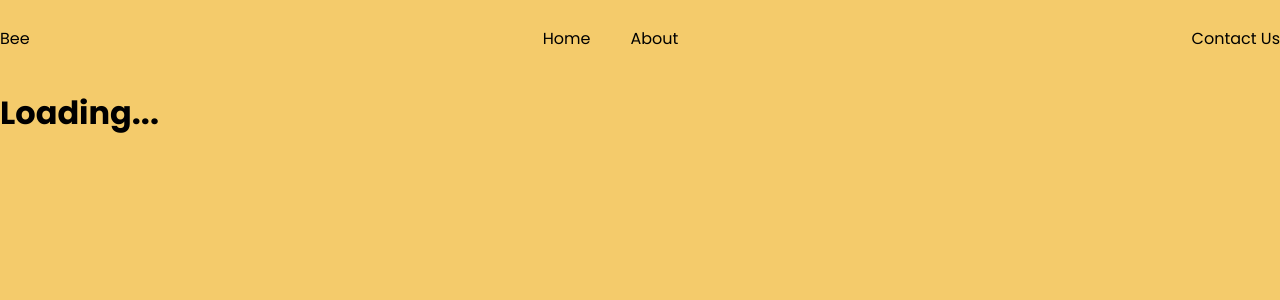
Repository: ble-syn/Random-user-generator-app
Page: /
An editor plug-in stored every save of this project. The page is shown before and after the next save, followed by the edit.
The browser window is 1280 px wide. The pictures show the whole page.
The page's requests for data from a server got no answer. The project was rebuilt for these pictures with package versions that can differ from the ones it lists, and the page was loaded fresh each time. No one was signed in, and anything a server would have sent is missing. Also part of the build but not shown: src/components/pagination.jsx, src/components/ErrorFallback.jsx, src/components/User.jsx, src/pages/About.jsx, src/pages/Policy.jsx, src/pages/Terms.jsx, src/pages/Contact.jsx, src/pages/NotFound.jsx.

Above is the page before, as saved 2022-10-28 17:53:28.

### src/index.css
@import url("https://fonts.googleapis.com/css2?family=Poppins:ital,wght@0,200;0,300;0,400;0,500;0,600;0,700;1,400&display=swap");
*{
  margin: 0;
  padding: 0;
  box-sizing: border-box;
}
a {
  text-decoration: none;
  color: #000;
}

body {
  background-color: #F4CB6B;
  font-family: "Poppins", sans-serif;
}
.container {
  width: 100%;
  max-width: 1300px;
  margin: 0 auto;

}

nav {
  display: flex;
  justify-content: space-between;
  margin: 2% 0 3%;
}
.menu {
  margin: 0 20px;
}

.home-container{
  display: flex;

  align-items: center;
}
/* LEFT STYLES */
#left {
  flex: 5;
}
#left h1 {
  font-size: 3rem;
  font-weight: 700;
  margin-bottom: 20px;
}
#left p {
  font-size: 1.2rem;
  margin-bottom: 20px;
}
.search-input {
  width: 80%;
  background-color: #dadada;
  border-radius: 12px;
  border: none;
  display: flex;
  place-items: center;
  padding-left: 15px;
  margin: 50px 0;
}
input {
  border: none;
  border-radius: 12px;
  background-color: inherit;
  width: 100%;
  height: 50px;
  padding-left: 5px;
  font-size: 20px;
}
input:focus {
  outline: none;
}
input::placeholder {
  color: #171717;
}
.user-link-cont {
  margin-top: 70px;
}
.user-link{
  margin-right: 80px;
  padding: 30px;
  border-radius: 10px;
  color: #FFF;
  cursor: pointer;
  border: none;
  box-shadow: 0px 2px 5px  rgba(0, 0, 0, 0.5);
}
.all-user {
  background-color: #BF9679;
}
.f-user{
  background-color: #F97661;
}
.m-user{
background-color: #8DCC50;
}

#right{
  height: 90vh;
  flex: 5;
  margin-left: 20px;
  background-color: #F2F2EF;
  border-radius: 20px;
  padding: 15px 30px;

}

.usercard {
  background-color: #F2F2EF;
  border-radius: 20px;
  display: flex;
  justify-content: space-between;
  align-items: center;
  padding: 20px;
  margin: 20px 0;
}

img {
 border: 5px solid #BF9679;;
  border-radius: 50%;
  margin: 5px 0;
}

.pagination {
  display: flex;
  justify-content: center;
  align-items: center;
  gap: 12px;
  margin: 20px 0;
}

.pagination-num {
  display: flex;
  justify-content: center;
  align-items: center;
  gap: 12px;
}

.pagination-child,
.prev,
.next {
  opacity: 1;
  border: 1px solid #000;
  padding: 8px 16px;
  cursor: pointer;
  border-radius: 10px;
  transition: all 0.3s ease;
}

.pagination-child:hover,
.prev:hover,
.next:hover {
  transform: scale(1.1);
  background-color: #BF9679;;
}

.disabled {
  opacity: 0.5;
  cursor: not-allowed;
}
.notfound {
  display: flex;
  flex-direction: column;
  justify-content: center;
  align-items: center;
  height: 70vh;
  font-size: 2rem;
  font-weight: 700;
}
.notfound img{
  height: 200px;
  border: none;
}
.notfound button {
  margin-top: 20px;
  padding:10px 20px;
  background: none;
  border-radius: 10px;
  border: 1px solid black;
}

### src/App.js
import { BrowserRouter as Router, Routes, Route, Navigate} from "react-router-dom";
import Navbar from "./components/Navbar";
import Home from "./pages/Home";
import About from "./pages/About";
import Policy from "./pages/Policy";
import Terms from "./pages/Terms";
import Contact from "./pages/Contact";
import NotFound from "./pages/NotFound";

function App() {
  return (
    <div className="container">
      <Router>
      <Navbar />
        <Routes>
          <Route path="/" element={<Home />} />
          <Route path="/about" element={<About />}>
            <Route path="policy" element={<Policy />} />
            <Route path="terms" element={<Terms />} />
          </Route>
          <Route path="/contact" element={<Contact />} />
          <Route path="/not-found" element={<NotFound />} />
          <Route path="*" element={<Navigate to="/not-found" />} />
        </Routes>
      </Router>

    </div>
  );
}

export default App;

### src/components/Navbar.jsx
import React from "react";
import { Link } from "react-router-dom";

function Navbar() {
    return (
      <nav className="header">
        <div className="logo">
          <Link to="/">Bee</Link>
        </div>


        <div>
            <Link to="/" className="menu">Home</Link>

            <Link to="/about" className="menu">About</Link>
        </div>
        <div>
            <Link to="/contact">Contact Us</Link>
        </div>
      </nav>
    );
  }

export default Navbar;

### src/pages/Home.jsx
import { useState, useEffect } from "react";
import Pagination from "../components/pagination";
import { ErrorBoundary } from 'react-error-boundary'
import ErrorFallback from "../components/ErrorFallback";
import { ReactComponent as Search } from "../assets/Search.svg"
import User from "../components/User";


function Home() {
  const [users, setUsers] = useState([]);
  const [loading, setLoading] = useState(true);

  const [currentPage, setCurrentPage] = useState(1);
  const [usersPerPage] = useState(4);

  // get users from the randomuser api
  useEffect(() => {
    const getUsers = async () => {
      const res = await fetch("https://randomuser.me/api/?results=20");
      const data = await res.json();
      setUsers(data.results);
      setLoading(false);
    };

    getUsers();
  }, []);

    const female = async () => {
    const res = await fetch("https://randomuser.me/api?results=20&gender=female");
    const data = await res.json();
    setUsers(data.results);
    setLoading(false);
  };



    const male = async () => {
    const res = await fetch("https://randomuser.me/api?results=20&gender=male");
    const data = await res.json();
    setUsers(data.results);
    setLoading(false);
  };


  //   loading state
  if (loading) {
    return <h1>Loading...</h1>;
  }

  //   pagination logic
  const indexOfLastUser = currentPage * usersPerPage;
  const indexOfFirstUser = indexOfLastUser - usersPerPage;
  const persons = users.slice(indexOfFirstUser, indexOfLastUser);
  const numberOfPages = Math.ceil(users.length / usersPerPage);

  return (
    <div className="home-container">
      <div id="left">
        <h1>Hola Amigo</h1>
        <p>welcome to your dashboard, kindly sort through the user base</p>
        <form action="" className="search-input">
          <Search />
          <input type="text" name="" id="" />
        </form>
        <h3>Show Users</h3>
        <div className="user-link-cont">
          <button type="button" className="user-link all-user">
            All User
          </button>
          <button type="button" className="user-link f-user" onClick={female}>
            Female
          </button>

          <button type="button" className="user-link m-user" onClick={male}>
            Male
          </button>
        </div>
      </div>


      <div id="right">
        <ErrorBoundary SafeComponent={ErrorFallback}>
            {/* <h2>Users</h2> */}
            <User persons={persons} />
          </ErrorBoundary>
          <ErrorBoundary>
            <Pagination
              numberOfPages={numberOfPages}
              currentPage={currentPage}
              setCurrentPage={setCurrentPage}
            />
        </ErrorBoundary>
      </div>
    </div>
  );
}

export default Home;

Loaded but not shown: public/index.html (common file); src/index.js (common file); src/reportWebVitals.js (common file)

After the next save:
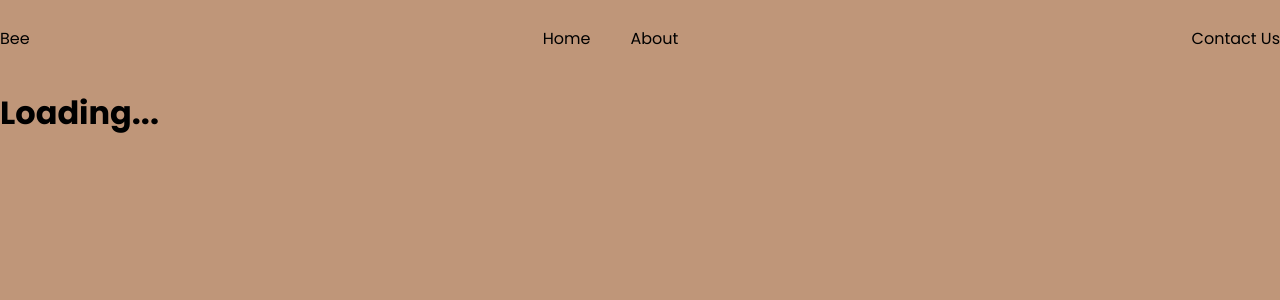
Saved 45 s later.
--- a/src/index.css
+++ b/src/index.css
@@ -10,7 +10,7 @@
 }
 
 body {
-  background-color: #F4CB6B;
+  background-color: #BF9679;;
   font-family: "Poppins", sans-serif;
 }
 .container {

After the 2 saves that followed:
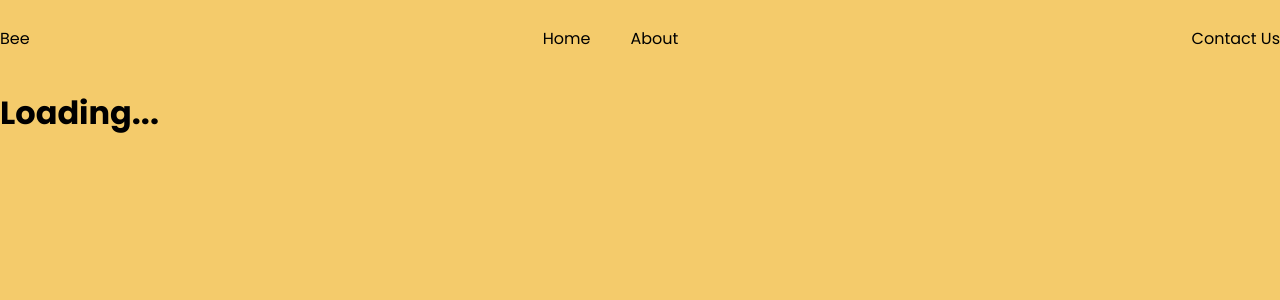
The 2 saves are shown as one change because 1 left the picture as it was.
The last was saved 33 s later.
--- a/src/index.css
+++ b/src/index.css
@@ -10,7 +10,7 @@
 }
 
 body {
-  background-color: #BF9679;;
+  background-color: #F4CB6B;
   font-family: "Poppins", sans-serif;
 }
 .container {
